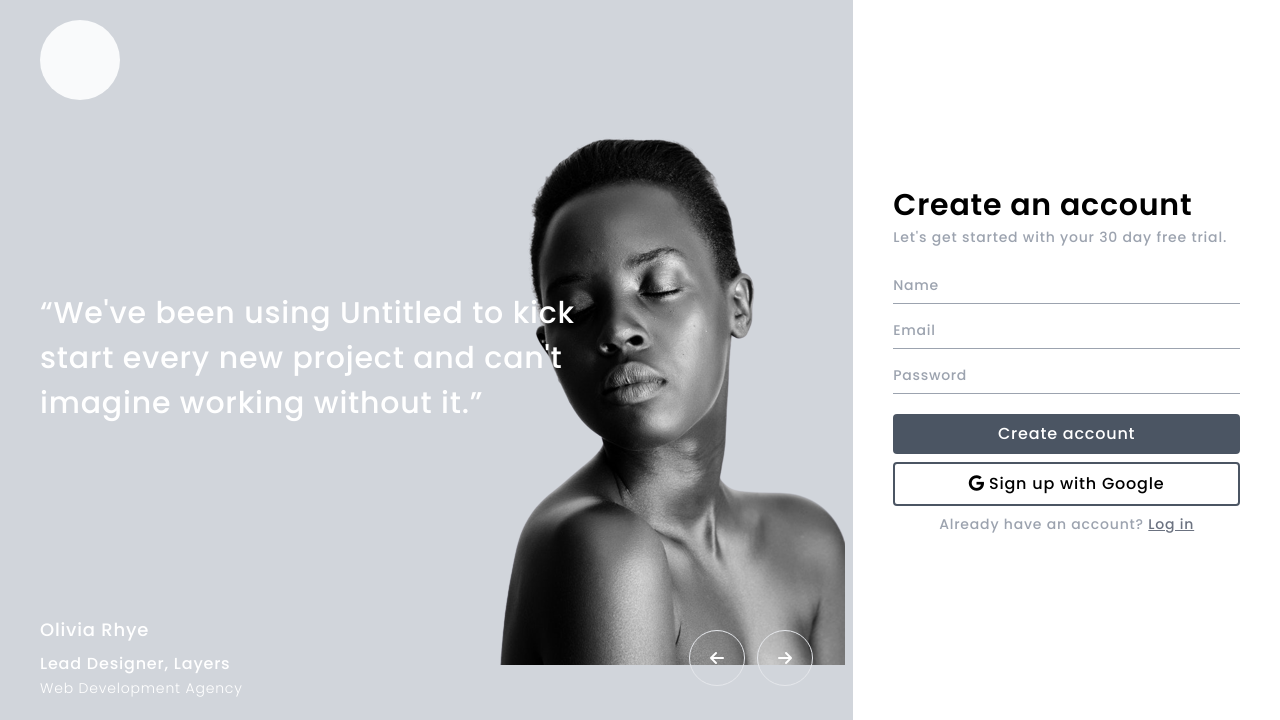
Repository: debthebuilder/youtube-html-contact-form-tailwindcss
Page: contact.html
An editor plug-in stored every save of this project. The page is shown before and after the next save, followed by the edit.
The browser window is 1280 px wide. The pictures show the whole page.
Some web libraries are served in a nearby version.

Above is the page before, as saved 2022-08-03 06:29:09.

### contact.html
<!DOCTYPE html>
<html lang="en">
<head>
    <meta charset="UTF-8">
    <meta http-equiv="X-UA-Compatible" content="IE=edge">
    <meta name="viewport" content="width=device-width, initial-scale=1.0">
    <link rel="stylesheet" href="https://cdnjs.cloudflare.com/ajax/libs/font-awesome/6.1.2/css/all.min.css" integrity="sha512-1sCRPdkRXhBV2PBLUdRb4tMg1w2YPf37qatUFeS7zlBy7jJI8Lf4VHwWfZZfpXtYSLy85pkm9GaYVYMfw5BC1A==" crossorigin="anonymous" referrerpolicy="no-referrer" />
    <link rel="preconnect" href="https://fonts.googleapis.com">
    <link rel="preconnect" href="https://fonts.gstatic.com" crossorigin>
    <link href="https://fonts.googleapis.com/css2?family=Poppins:wght@300;500;600&display=swap" rel="stylesheet">
    <link href="stylesheet.css" rel="stylesheet">
    <script src="https://cdn.tailwindcss.com"></script>
    <title>HTML Contact Form</title>
</head>
<body>
    <div class="w-full h-screen flex tracking-wider">
        <!--Background Image with Overlay text-->
        <div class="w-4/6 text-white bg-gray-300  flex flex-col justify-between py-5 px-10  bgImg">
            <a href="#" class="block">
                <div class="w-20 h-20 bg-gray-50 rounded-full"></div>
            </a>
            <q class="text-3xl leading-normal w-3/4">We've been using Untitled to kick start every new project and can't imagine working without it.</q>
            <div class="flex flex-row items-center justify-between">
                <div>
                    <h3 class="mb-2 text-lg">Olivia Rhye</h3>
                    <div class="font-normal">Lead Designer, Layers</div>
                    <span class="font-light text-sm">Web Development Agency</span>
                </div>
                <div class="flex">
                    <span class="w-14 h-14 flex items-center justify-center border rounded-full">
                        <i class="fa-solid fa-arrow-left"></i>
                    </span>
                    <span class="w-14 h-14 flex items-center justify-center border rounded-full ml-3">
                        <i class="fa-solid fa-arrow-right"></i>
                    </span>

                </div>
            </div>
        </div>
        <!--Form-->
        <div class="w-2/6 px-10 flex flex-col justify-center">
            <h2 class="text-3xl font-semibold">Create an account</h2>
            <span class="text-sm text-gray-400 mt-1">Let's get started with your 30 day free trial.</span>
            <form class="mt-5">
                <input type="text" name="name" placeholder="Name" class="w-full border-b border-gray-400 placeholder:text-gray-400 pb-2  text-sm tracking-wider focus:outline-none focus:border-0 focus:border-b-2 my-2">
                <input type="email" name="email" placeholder="Email" class="w-full border-b border-gray-400 placeholder:text-gray-400 pb-2  text-sm tracking-wider focus:outline-none focus:border-0 focus:border-b-2 my-2">
                <input type="password" name="password" placeholder="Password" class="w-full border-b border-gray-400 placeholder:text-gray-400 pb-2  text-sm tracking-wider focus:outline-none focus:border-0 focus:border-b-2 my-2">
                <div class="mt-3">
                    <button class="block bg-gray-600 w-full py-2 rounded my-2 text-white">Create account</button>
                    <button class="block border-2 border-gray-600  w-full py-2 my-2 rounded"><span class="mr-1"><i class="fa-brands fa-google"></i></span>Sign up with Google</button>
                </div>
                <p class="text-center text-sm text-gray-400 mt-2">Already have an account? <a href="#" class="underline text-gray-500">Log in</a></p>
            </form>



        </div>
    </div>
</body>
</html>

### stylesheet.css
body{
    font-family: 'Poppins', sans-serif;
}

.bgImg {
    background: url(/assets/bg2.png) no-repeat center center fixed;
}

After the next save:
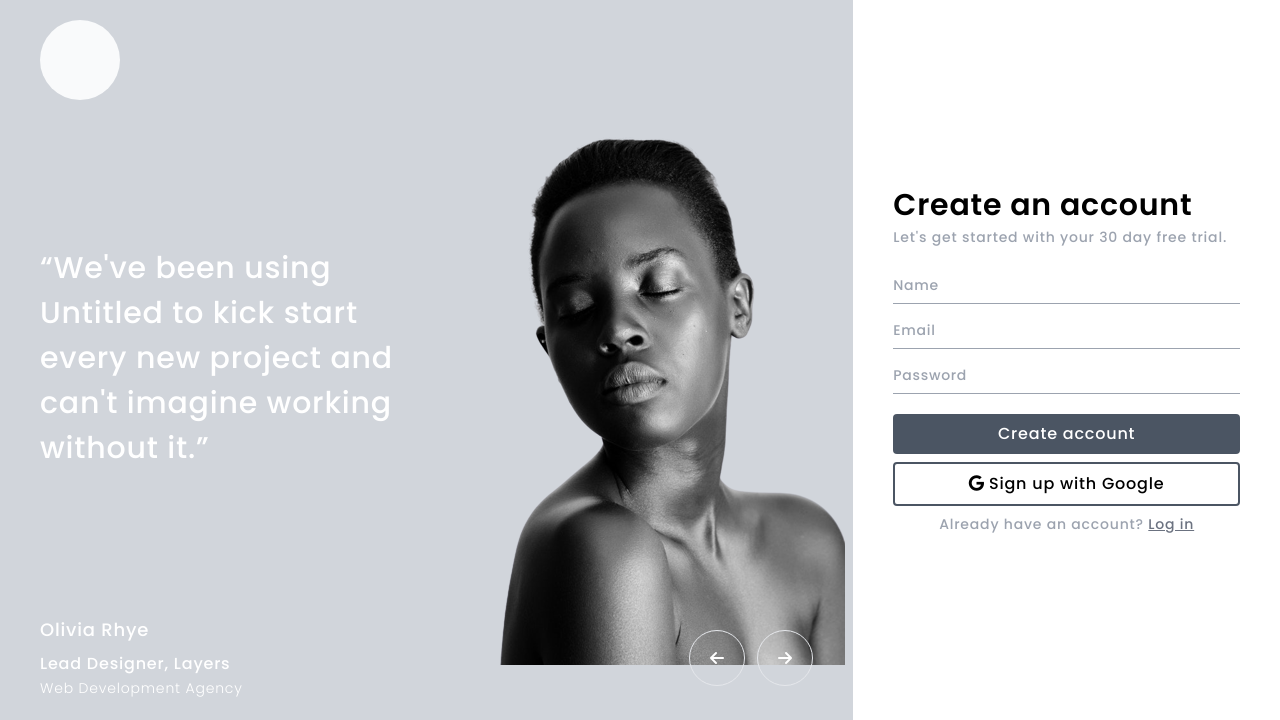
Saved 7 s later.
--- a/contact.html
+++ b/contact.html
@@ -19,7 +19,7 @@
             <a href="#" class="block">
                 <div class="w-20 h-20 bg-gray-50 rounded-full"></div>
             </a>
-            <q class="text-3xl leading-normal w-3/4">We've been using Untitled to kick start every new project and can't imagine working without it.</q>
+            <q class="text-3xl leading-normal w-2/4">We've been using Untitled to kick start every new project and can't imagine working without it.</q>
             <div class="flex flex-row items-center justify-between">
                 <div>
                     <h3 class="mb-2 text-lg">Olivia Rhye</h3>

After the save that followed:
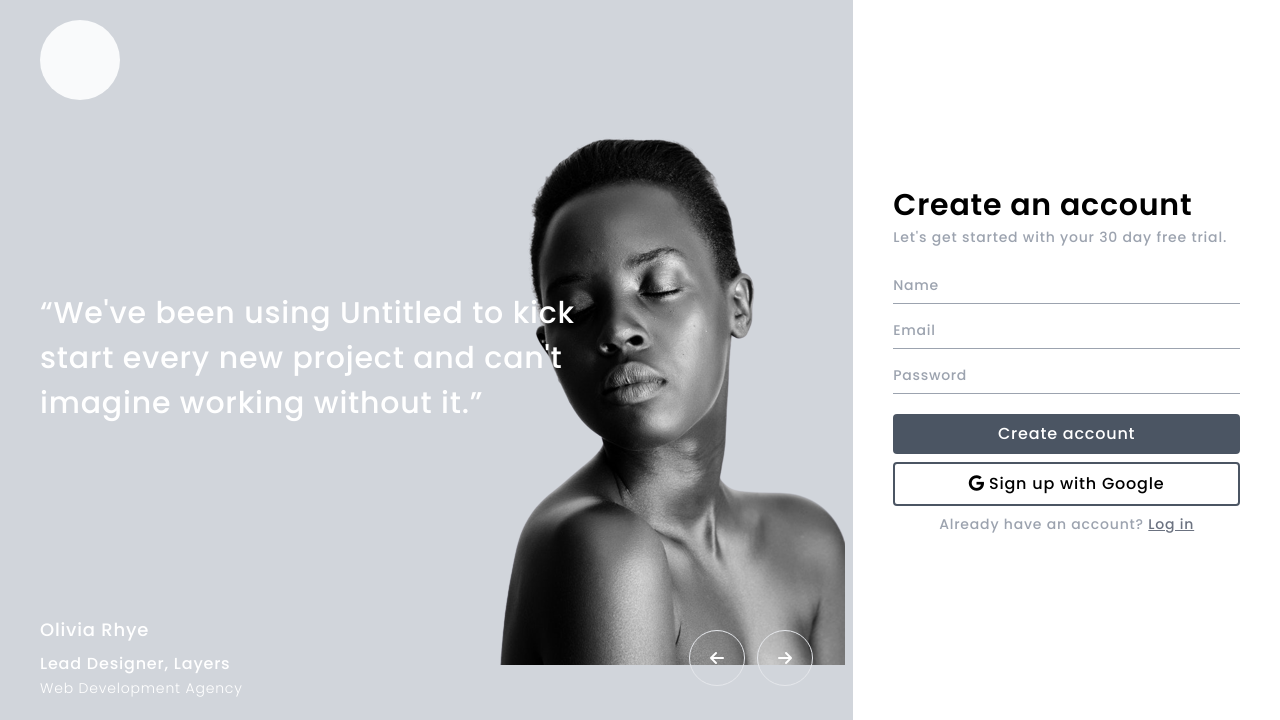
Saved 13 s later.
--- a/contact.html
+++ b/contact.html
@@ -19,7 +19,7 @@
             <a href="#" class="block">
                 <div class="w-20 h-20 bg-gray-50 rounded-full"></div>
             </a>
-            <q class="text-3xl leading-normal w-2/4">We've been using Untitled to kick start every new project and can't imagine working without it.</q>
+            <q class="text-3xl leading-normal w-3/4">We've been using Untitled to kick start every new project and can't imagine working without it.</q>
             <div class="flex flex-row items-center justify-between">
                 <div>
                     <h3 class="mb-2 text-lg">Olivia Rhye</h3>
